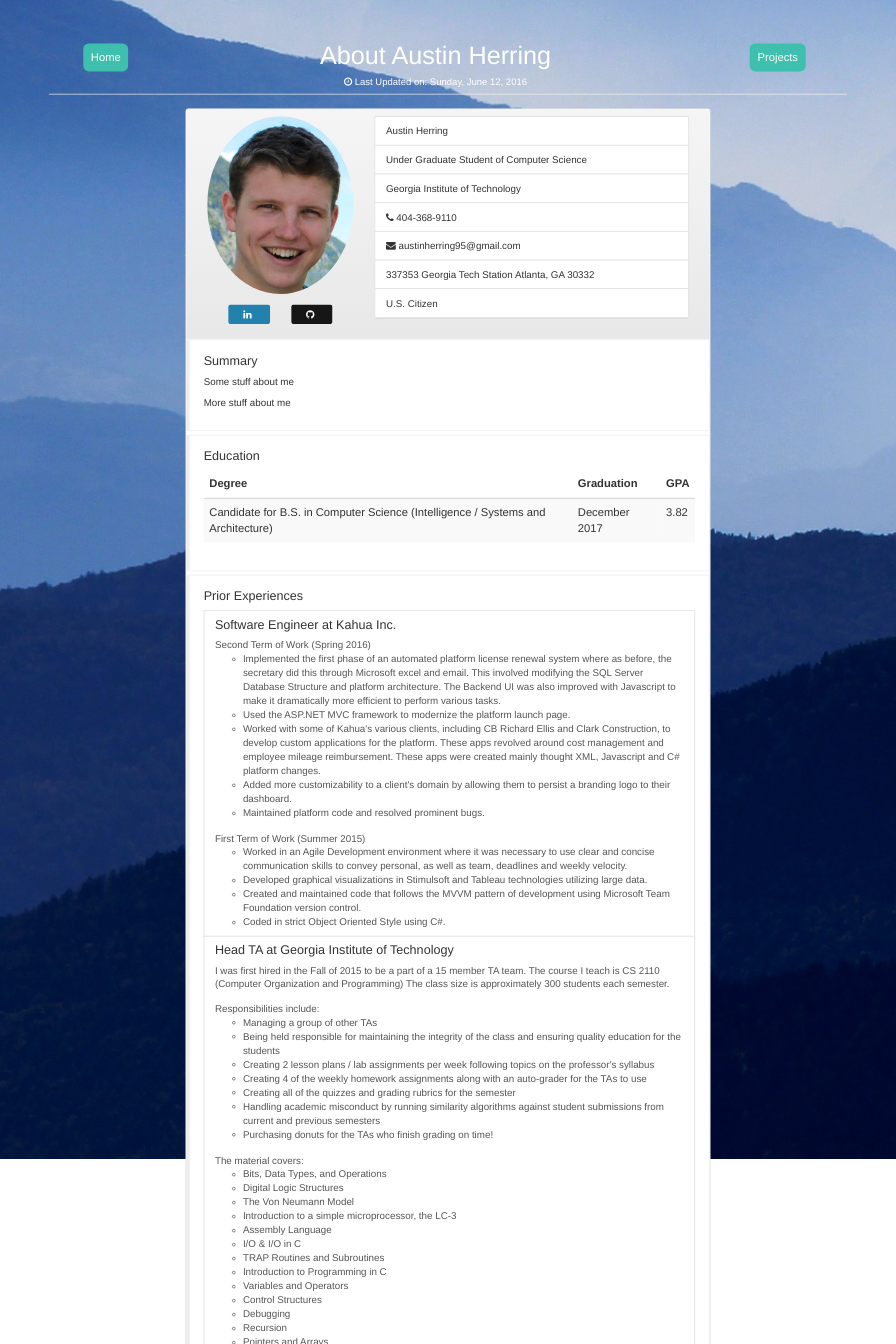
Repository: austinHerring/PersonalWebsite
Page: PersonalWebsite/WebContent/about.html
These files come from the project's save history. The page is drawn as it stood at one moment and after the next save; the edit follows.
The browser window is 1280 px wide. The pictures show the part of the page from y = 0 to 1920 px (the page is 2987 px tall), at 70% of full size.
Some web libraries are served in a nearby version.

Above is the page before, as saved 2016-06-13 03:24:45.

### PersonalWebsite/WebContent/about.html
<html>
<head>
	<meta charset="utf-8"/>
	<title>About - Austin</title>
	<link rel="stylesheet" href="css/bootstrap.min.css">
	<link rel="stylesheet" href="css/bootstrap-theme.min.css">
	<link rel="stylesheet" href="css/about.css">
	<link rel="stylesheet" href="css/general.css">
</head>
<body>
	<div class="container" id="page-wrap">
		<div class="resume">
	    <header class="page-header">
		    <table class="table-header">
		    	<tr>
		    		<td>
			    		<a class="button button1" href="index.html" role="button">Home</a>
		    		</td>
		    		<td style="text-align: center;">
			    		<h1 class="page-title">About Austin Herring</h1>
			    		<small> <i class="fa fa-clock-o"></i> Last Updated on: <time>Sunday, June 12, 2016</time></small>
		    		</td>
		    		<td>
						<a class="button button1" href="projects.html" role="button">Projects</a>
		    		</td>
		    	</tr>
		    </table>
		</header>
		<div class="row">
		  <div class="col-xs-12 col-sm-12 col-md-offset-1 col-md-10 col-lg-offset-2 col-lg-8">
		    <div class="panel panel-default">
		      <div class="panel-heading resume-heading">
		        <div class="row">
		          <div class="col-lg-12">
		            <div class="col-xs-12 col-sm-4">
		              <figure>
		                <img class="img-circle img-responsive" alt="Picture of Austin" src="images/austinEurope1.png">
		              </figure>
		                <div class="col-xs-12 social-btns">
		                    <div class="col-xs-3 col-md-1 col-lg-6 social-btn-holder">
		                      <a href="https://www.linkedin.com/in/austin-herring-810350a3?trk=nav_responsive_tab_profile" class="btn btn-social btn-block btn-linkedin">
		                        <i class="fa fa-linkedin"></i> </a>
		                    </div>
		                    <div class="col-xs-3 col-md-1 col-lg-6 social-btn-holder">
		                      <a href="https://github.com/austinHerring" class="btn btn-social btn-block btn-github">
		                        <i class="fa fa-github"></i> </a>
		                    </div>
		                </div>
		            </div>

		            <div class="col-xs-12 col-sm-8">
		              <ul class="list-group">
		                <li class="list-group-item">Austin Herring</li>
		                <li class="list-group-item">Under Graduate Student of Computer Science</li>
		                <li class="list-group-item">Georgia Institute of Technology</li>
		                <li class="list-group-item"><i class="fa fa-phone"></i> 404-368-9110 </li>
		                <li class="list-group-item"><i class="fa fa-envelope"></i> austinherring95@gmail.com</li>
		                <li class="list-group-item">337353 Georgia Tech Station Atlanta, GA 30332</li>
		                <li class="list-group-item">U.S. Citizen</li>
		              </ul>
		            </div>
		          </div>
		        </div>
		      </div>
		      <div class="bs-callout">
		        <h4>Summary</h4>
		        <p>
		        	Some stuff about me
		        </p>
		        <p>
		         	More stuff about me
		        </p>
		      </div>
		      <div class="bs-callout">
		        <h4>Education</h4>
		        <table class="table table-striped table-responsive ">
		          <thead>
		            <tr><th>Degree</th>
		            <th>Graduation</th>
		            <th>GPA</th>
		          </tr></thead>
		          <tbody>
		            <tr>
		              <td>Candidate for B.S. in Computer Science (Intelligence / Systems and Architecture)</td>
		              <td>December 2017</td>
		              <td>3.82</td>
		            </tr>
		          </tbody>
		        </table>
		      </div>

		      <div class="bs-callout">
		        <h4>Prior Experiences</h4>
		        <ul class="list-group">
		          <a class="list-group-item active-link" href="https://www.kahua.com/">
		            <h4 class="list-group-item-heading">
		              Software Engineer at Kahua Inc.
		            </h4>
		            <p class="list-group-item-text">
			             Second Term of Work (Spring 2016)
		             </p>
		             <ul>
		                <li>
		                     Implemented the first phase of an automated platform license renewal system where as before, the secretary did this through Microsoft excel and email. This involved modifying the SQL Server Database Structure and platform architecture. The Backend UI was also improved with Javascript to make it dramatically more efficient to perform various tasks.
		                </li>
		                <li>
				             Used the ASP.NET MVC framework to modernize the platform launch page.
		                </li>
		                <li>
				             Worked with some of Kahua's various clients, including CB Richard Ellis and Clark Construction, to develop custom applications for the platform. These apps revolved around cost management and employee mileage reimbursement. These apps were created mainly thought XML, Javascript and C# platform changes.
		                </li>
		                <li>
				             Added more customizability to a client's domain by allowing them to persist a branding logo to their dashboard.
		                </li>
		                <li>
				             Maintained platform code and resolved prominent bugs.
		                </li>
	                </ul>
	                <p class="list-group-item-text">
			             <br/>First Term of Work (Summer 2015)
		             </p>
		             <ul>
		                <li>
		                     Worked in an Agile Development environment where it was necessary to use clear and concise communication skills to convey personal, as well as team, deadlines and weekly velocity.
		                </li>
		                <li>
				             Developed graphical visualizations in Stimulsoft and Tableau technologies utilizing large data.
		                </li>
		                <li>
				             Created and maintained code that follows the MVVM pattern of development using Microsoft Team Foundation version control.
		                </li>
		                <li>
				             Coded in strict Object Oriented Style using C#.
		                </li>
	                </ul>
		          </a>
		          <a class="list-group-item inactive-link" href="#">
		            <h4 class="list-group-item-heading">Head TA at Georgia Institute of Technology</h4>
		            <p class="list-group-item-text">
			             	I was first hired in the Fall of 2015 to be a part of a 15 member TA team. The course I teach is CS 2110 (Computer Organization and Programming)
			             The class size is approximately 300 students each semester.
		             </p>
		             <p class="list-group-item-text"><br/>Responsibilities include:</p>
		             <ul>
		                <li>
		                     Managing a group of other TAs
		                </li>
		                <li>
				             Being held responsible for maintaining the integrity of the class and ensuring quality education for the students
		                </li>
		                <li>
				             Creating 2 lesson plans / lab assignments per week following topics on the professor's syllabus
		                </li>
		                <li>
				             Creating 4 of the weekly homework assignments along with an auto-grader for the TAs to use
		                </li>
		                <li>
				             Creating all of the quizzes and grading rubrics for the semester
		                </li>
		                <li>
				             Handling academic misconduct by running similarity algorithms against student submissions from current and previous semesters
		                </li>
		                <li>
		                	 Purchasing donuts for the TAs who finish grading on time!
		                </li>
	                </ul>
	                <p class="list-group-item-text"><br/>The material covers:</p>
	                <ul>
	                	<li>
	                		Bits, Data Types, and Operations
	                	</li>
	                	<li>
	                		Digital Logic Structures
	                	</li>
	                	<li>
	                		The Von Neumann Model
	                	</li>
	                	<li>
	                		Introduction to a simple microprocessor, the LC-3
	                	</li>
	                	<li>
	                		Assembly Language
	                	</li>
	                	<li>
	                		I/O & I/O in C
	                	</li>
	                	<li>
	                		TRAP Routines and Subroutines
	                	</li>
	                	<li>
	                		Introduction to Programming in C
	                	</li>
	                	<li>
	                		Variables and Operators
	                	</li>
	                	<li>
	                		Control Structures
	                	</li>
	                	<li>
	                		Debugging
	                	</li>
	                	<li>
	                		Recursion
	                	</li>
	                	<li>
	                		Pointers and Arrays
	                	</li>
	                	<li>
	                		Data Structures in C
	                	</li>
	                </ul>
		          </a>
		        </ul>
		      </div>

		      <div class="bs-callout">
		        <h4>Research Interests</h4>
		        <p>
		          Software Engineering, Machine Learning, Password Security
		        </p>
		      </div>

		      <div class="bs-callout">
		        <h4>Language and Platform Skills</h4>
		        <ul class="list-group">
		          <a class="list-group-item inactive-link" href="#">
		            <div class="progress">
		              <div data-placement="top" style="width: 90%;"
		              aria-valuemax="100" aria-valuemin="0" aria-valuenow="80" role="progressbar" class="progress-bar progress-bar-success">
		                <span class="sr-only">80%</span>
		                <span class="progress-type">Java / C# / OOD / MVVM</span>
		              </div>
		            </div>
		            <div class="progress">
		              <div data-placement="top" style="width: 80%;" aria-valuemax="100" aria-valuemin="0" aria-valuenow="60" role="progressbar" class="progress-bar progress-bar-success">
		                <span class="sr-only">60%</span>
		                <span class="progress-type">C</span>
		              </div>
		            </div>
		            <div class="progress">
		              <div data-placement="top" style="width: 75%;" aria-valuemax="100" aria-valuemin="0" aria-valuenow="60" role="progressbar" class="progress-bar progress-bar-success">
		                <span class="sr-only">60%</span>
		                <span class="progress-type">Android Development</span>
		              </div>
		            </div>
		            <div class="progress">
		              <div data-placement="top" style="width: 75%;" aria-valuemax="100" aria-valuemin="0" aria-valuenow="1" role="progressbar" class="progress-bar progress-bar-success">
		                <span class="sr-only">70%</span>
		                <span class="progress-type">JavaScript</span>
		              </div>
		            </div>
		            <div class="progress">
		              <div data-placement="top" style="width: 70%;" aria-valuemax="100" aria-valuemin="0" aria-valuenow="60" role="progressbar" class="progress-bar progress-bar-success">
		                <span class="sr-only">60%</span>
		                <span class="progress-type">MATLAB</span>
		              </div>
		            </div>
		            <div class="progress">
		              <div data-placement="top" style="width: 65%;" aria-valuemax="100" aria-valuemin="0" aria-valuenow="50" role="progressbar" class="progress-bar progress-bar-warning">
		                <span class="sr-only">50%</span>
		                <span class="progress-type">ASP.NET (MVC) Framework / XML</span>
		              </div>
		            </div>
		            <div class="progress">
		              <div data-placement="top" style="width: 55%;" aria-valuemax="100" aria-valuemin="0" aria-valuenow="1" role="progressbar" class="progress-bar progress-bar-warning">
		                <span class="sr-only">65%</span>
		                <span class="progress-type">Python</span>
		              </div>
		            </div>
		            <div class="progress">
		              <div data-placement="top" style="width: 40%;" aria-valuemax="100" aria-valuemin="0" aria-valuenow="1" role="progressbar" class="progress-bar progress-bar-warning">
		                <span class="sr-only">70%</span>
		                <span class="progress-type">T-SQL</span>
		              </div>
		            </div>
		            <div class="progress">
		              <div data-placement="top" style="width: 20%;" aria-valuemax="100" aria-valuemin="0" aria-valuenow="1" role="progressbar" class="progress-bar progress-bar-warning">
		                <span class="sr-only">70%</span>
		                <span class="progress-type">MEAN Stack </span>
		              </div>
		            </div>
		            <div class="progress">
		              <div data-placement="top" style="width: 15%;" aria-valuemax="100" aria-valuemin="0" aria-valuenow="50" role="progressbar" class="progress-bar progress-bar-warning">
		                <span class="sr-only">10%</span>
		                <span class="progress-type">WPF.NET XAML</span>
		              </div>
		            </div>

		            <div class="progress-meter">
		              <div style="width: 25%;" class="meter meter-left"><span class="meter-text">Some Exposure</span></div>
		              <div style="width: 25%;" class="meter meter-left"><span class="meter-text">Descent Experience</span></div>
		              <div style="width: 30%;" class="meter meter-left"><span class="meter-text">Sufficient</span></div>
		              <div style="width: 20%;" class="meter meter-left"><span class="meter-text">Strong Knowledge</span></div>
		            </div>
		          </a>
		        </ul>
		      </div>

		      <div class="bs-callout">
		        <h4>Involvement and Hobbies</h4>
		        <ul class="list-group">
		          <li class="list-group-item">
		          	<p>Top 10 finalist at GT Hackathon</p>
		          	<ul>
		          		<li>Worked with <a href="https://www.linkedin.com/in/terrence-alsup-8bb8508a?authType=name&authToken=7kiY&trk=contacts-contacts-list-contact_name-0">Avery Alsup</a></li>
		          		<li>Wrote a Machine learning algorithm to predict credit card folding and data analysis</li>
		          	</ul>
		          </li>
		          <li class="list-group-item"> Georgia Tech Mobile Application Development Club</li>
		          <li class="list-group-item"> Volunteering at Shepherd’s Refuge (Non-Profit Ministry) - doing light construction</li>
		          <li class="list-group-item"> Skydiving / Playing Guitar</li>
		        </ul>
		      </div>

		    </div>
		  </div>
		</div>
		</div>
	</div>

	<div id="bg">
		<img src="images/background.jpg" alt="">
	</div>

	<script src="js/jquery.min.js"></script>
	<script src="js/bootstrap.min.js"></script>
</body>
</html>

### PersonalWebsite/WebContent/css/about.css
/* uses font awesome for social icons */
@import url(http://maxcdn.bootstrapcdn.com/font-awesome/4.2.0/css/font-awesome.min.css);

/*social buttons*/
.btn-social{
  color: white;
  opacity:0.9;
}
.btn-social:hover {
  color: white;
    opacity:1;
}
.btn-facebook {
background-color: #3b5998;
opacity:0.9;
}
.btn-twitter {
background-color: #00aced;
opacity:0.9;
}
.btn-linkedin {
background-color:#0e76a8;
opacity:0.9;
}
.btn-github{
  background-color:#000000;
  opacity:0.9;
}
.btn-google {
  background-color: #c32f10;
  opacity: 0.9;
}
.btn-stackoverflow{
  background-color: #D38B28;
  opacity: 0.9;
}

/* resume stuff */

.bs-callout {
    -moz-border-bottom-colors: none;
    -moz-border-left-colors: none;
    -moz-border-right-colors: none;
    -moz-border-top-colors: none;
    border-color: #eeeeee;
    border-image: none;
    border-radius: 3px;
    border-style: solid;
    border-width: 1px 1px 1px 5px;
    margin-bottom: 5px;
    padding: 20px;
}
.bs-callout:last-child {
    margin-bottom: 0px;
}
.bs-callout h4 {
    margin-bottom: 10px;
    margin-top: 0;
}

.bs-callout-danger {
    border-left-color: #d9534f;
}

.bs-callout-danger h4{
    color: #d9534f;
}

.resume .list-group-item:first-child, .resume .list-group-item:last-child{
  border-radius:0;
}

/*makes an anchor inactive(not clickable)*/
.inactive-link {
   pointer-events: none;
   cursor: default;
}

.resume-heading .social-btns{
  margin-top:15px;
}
.resume-heading .social-btns i.fa{
  margin-left:-5px;
}



@media (max-width: 992px) {
  .resume-heading .social-btn-holder{
    padding:5px;
  }
}

/* skill meter in resume. copy pasted from http://bootsnipp.com/snippets/featured/progress-bar-meter */

.progress-bar {
    text-align: left;
	white-space: nowrap;
	white-space: nowrap;
	overflow: hidden;
	text-overflow: ellipsis;
	cursor: pointer;
}

.progress-bar > .progress-type {
	padding-left: 10px;
}

.progress-meter {
	min-height: 15px;
	border-bottom: 2px solid rgb(160, 160, 160);
  margin-bottom: 15px;
}

.progress-meter > .meter {
	position: relative;
	float: left;
	min-height: 15px;
	border-width: 0px;
	border-style: solid;
	border-color: rgb(160, 160, 160);
}

.progress-meter > .meter-left {
	border-left-width: 2px;
}

.progress-meter > .meter-right {
	float: right;
	border-right-width: 2px;
}

.progress-meter > .meter-right:last-child {
	border-left-width: 2px;
}

.progress-meter > .meter > .meter-text {
	position: absolute;
	display: inline-block;
	bottom: -20px;
	width: 100%;
	font-weight: 700;
	font-size: 0.85em;
	color: rgb(160, 160, 160);
	text-align: left;
}

.progress-meter > .meter.meter-right > .meter-text {
	text-align: right;
}

### PersonalWebsite/WebContent/css/general.css
@CHARSET "UTF-8";
.button {
    background-color: #3fbfad;
    border: none;
    color: white;
    padding: 8px 8px;
    text-align: center;
    text-decoration: none;
    display: inline-block;
    font-size: 16px;
    margin: 4px 2px;
    -webkit-transition-duration: 0.4s; /* Safari */
    transition-duration: 0.4s;
    cursor: pointer;
    border-radius: 8px;
}

.button1 {
    background-color: #3fbfad;
    color: white;
    border: 3px solid #3fbfad;
}

.button1:hover {
    background:rgba(0,0,0,0);
    color: white;
    text-decoration: none;
    border: 3px solid white;
}

.page-header{
  text-align: center;
  color: white;
}

.table-header{
  text-align: center;
  color: white;
  width:100%;
}

#bg {
	position:fixed;
	top:-50%;
	left:-50%;
	width:100%;
	height:80%;
}

#bg img {
	position:absolute;
	top:0;
	left:0;
	right:0;
	bottom:0;
	margin:auto;
	min-width:50%;
	min-height:50%;
}

#page-wrap { position: relative; z-index: 2}

Loaded but not shown: PersonalWebsite/WebContent/css/bootstrap.min.css (library); PersonalWebsite/WebContent/css/bootstrap-theme.min.css (library); PersonalWebsite/WebContent/js/jquery.min.js (library); PersonalWebsite/WebContent/js/bootstrap.min.js (library)

After the next save:
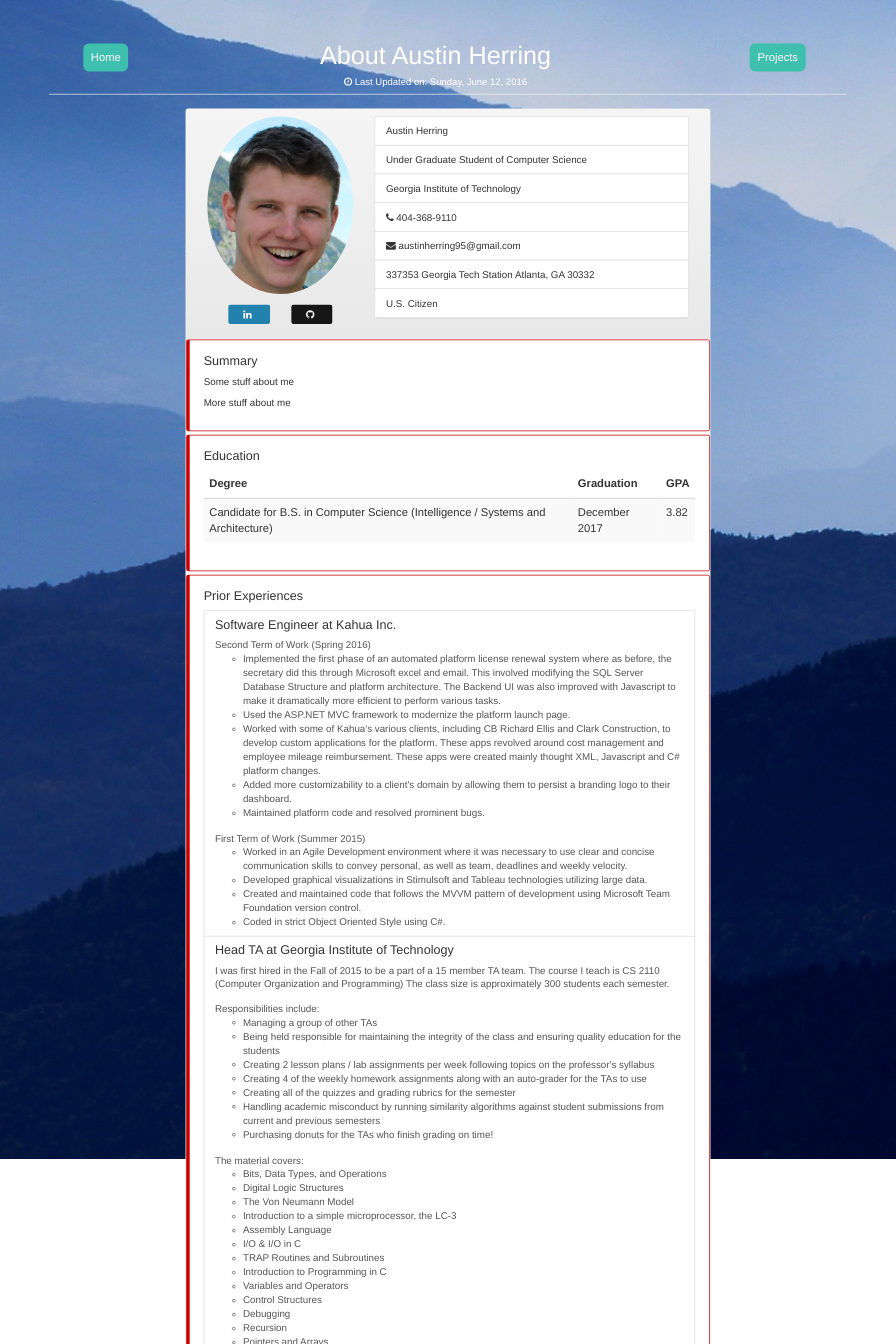
Saved 25 s later.
--- a/PersonalWebsite/WebContent/css/about.css
+++ b/PersonalWebsite/WebContent/css/about.css
@@ -42,7 +42,7 @@ opacity:0.9;
     -moz-border-left-colors: none;
     -moz-border-right-colors: none;
     -moz-border-top-colors: none;
-    border-color: #eeeeee;
+    border-color: #cc0000;
     border-image: none;
     border-radius: 3px;
     border-style: solid;
